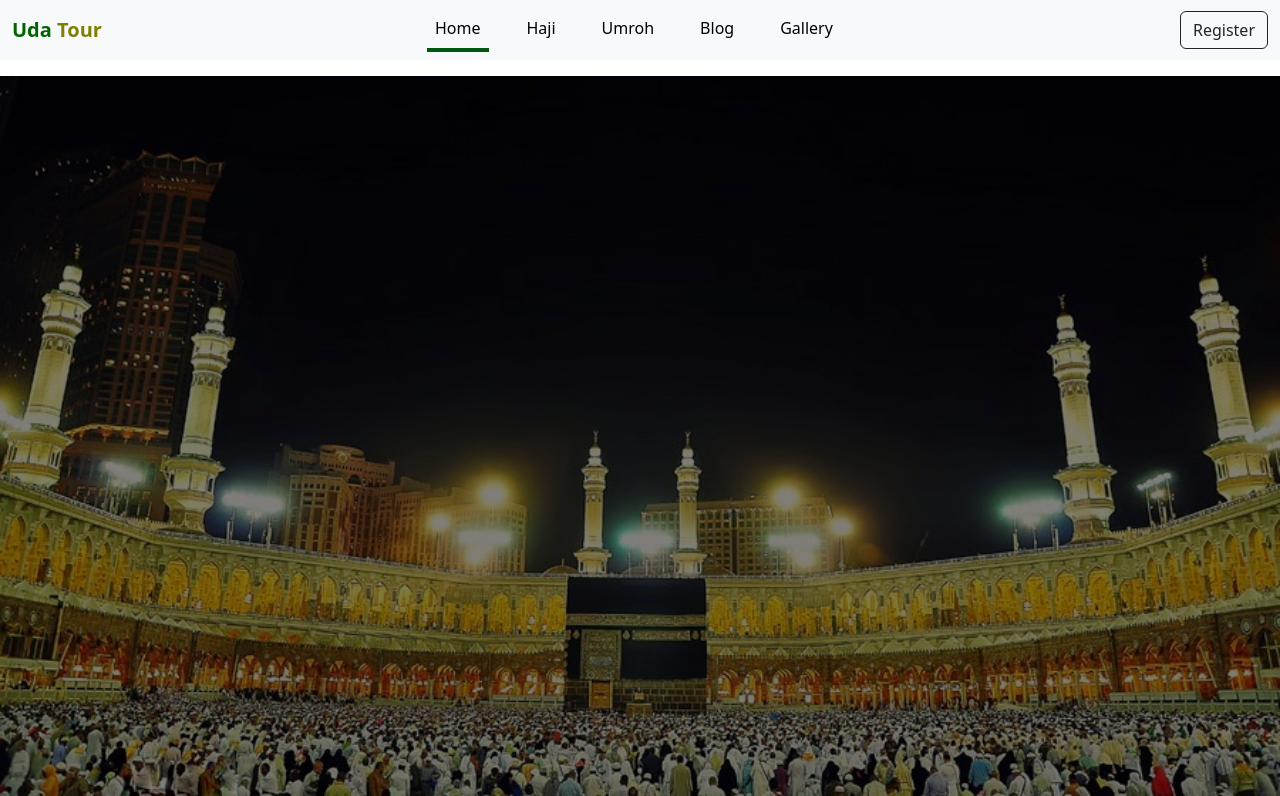
Repository: Putrabobi/Task7
Page: index.html
An editor plug-in stored every save of this project. The page is shown before and after the next save, followed by the edit.
The browser window is 1280 px wide. The pictures show the whole page.

Above is the page before, as saved 2024-03-25 10:31:02.

After the next save:
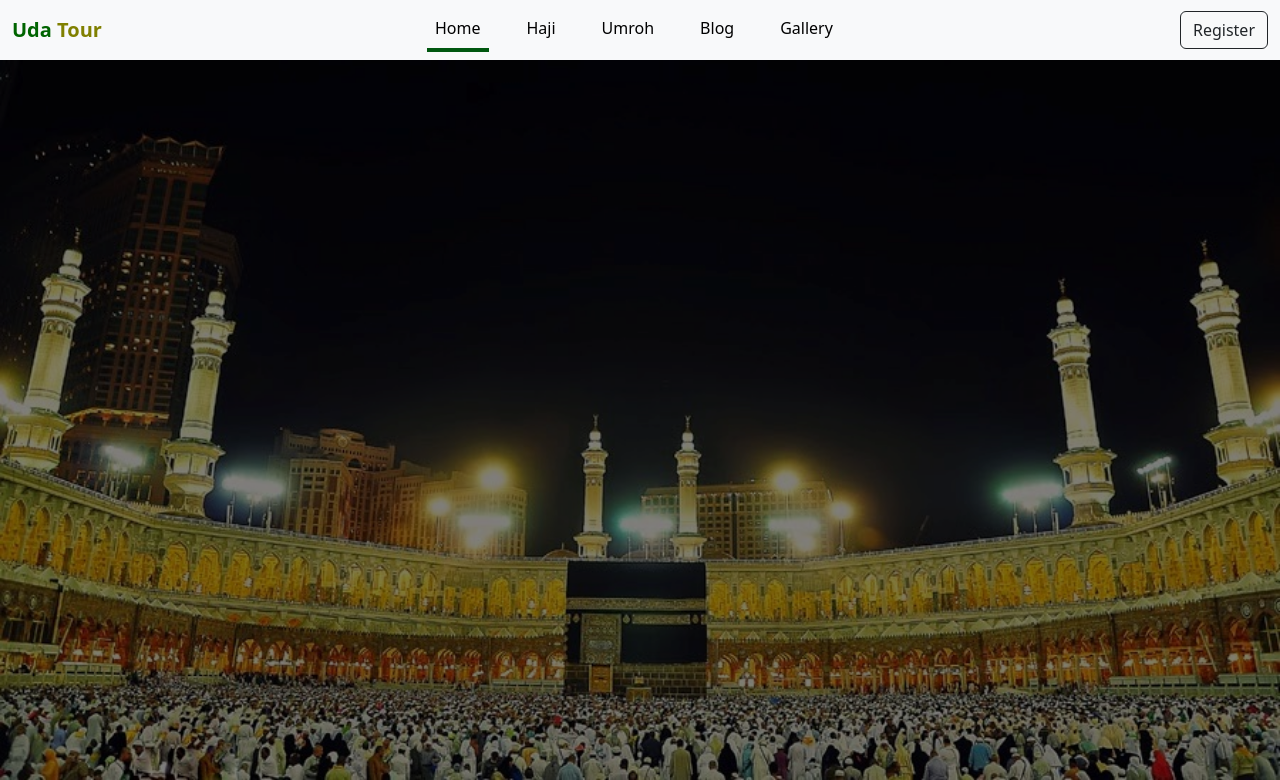
Saved 10 s later.
--- a/index.html
+++ b/index.html
@@ -10,7 +10,7 @@
 </head>
 
 <body>
-    <nav class="navbar navbar-expand-lg  bg-body-tertiary mb-3">
+    <nav class="navbar navbar-expand-lg  bg-body-tertiary mb-9">
         <div class="container-fluid">
             <a class="navbar-brand" href="#">
                 <span style="color: darkgreen;" class="fw-bold">Uda</span>
